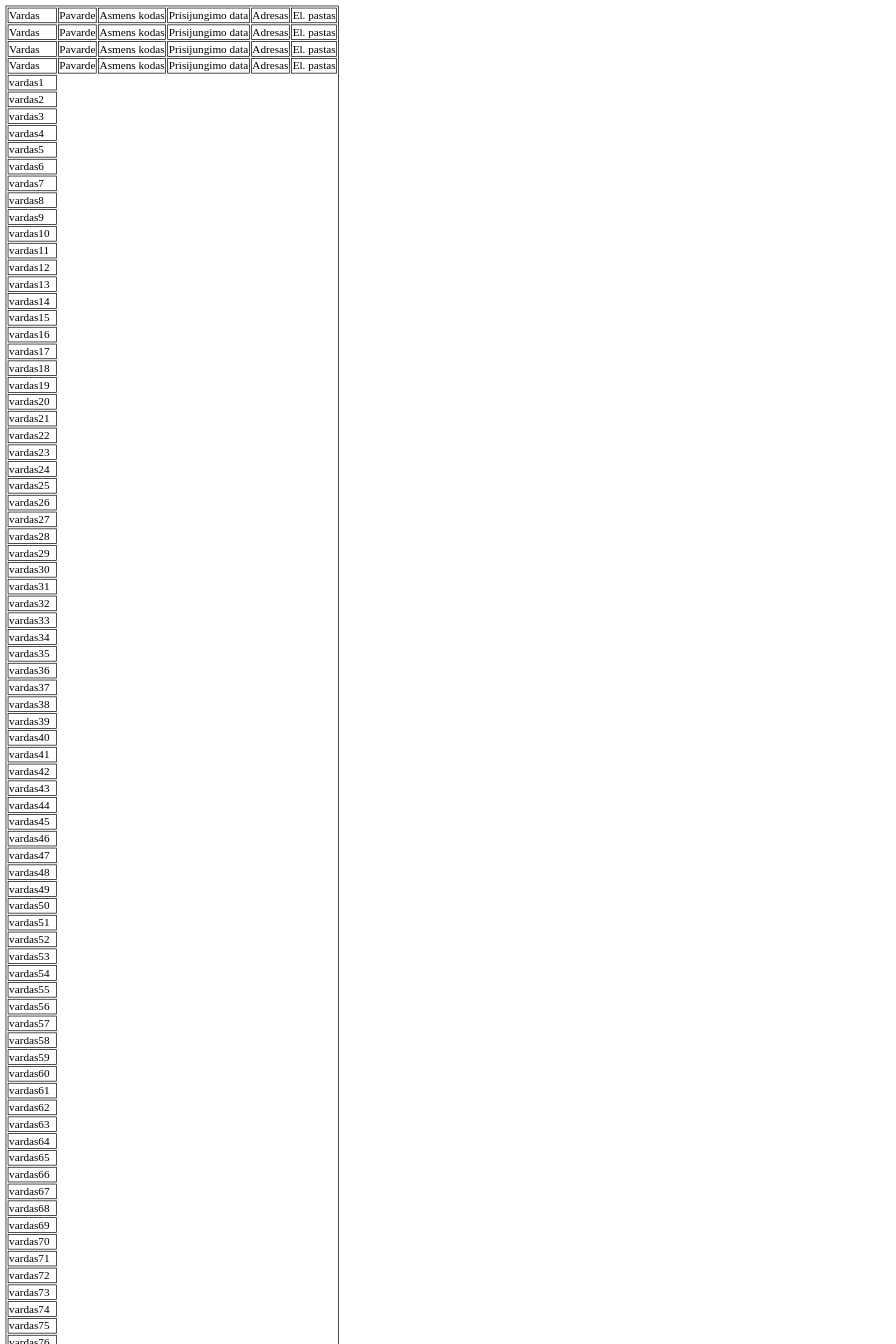
Repository: motiejus1/29-paskaita-05.31
Page: index.html
An editor plug-in stored every save of this project. The page is shown before and after the next save, followed by the edit.
The browser window is 1280 px wide. The pictures show the part of the page from y = 0 to 1920 px (the page is 4916 px tall), at 70% of full size.

Above is the page before, as saved 2021-07-21 18:40:52.

After the next save:
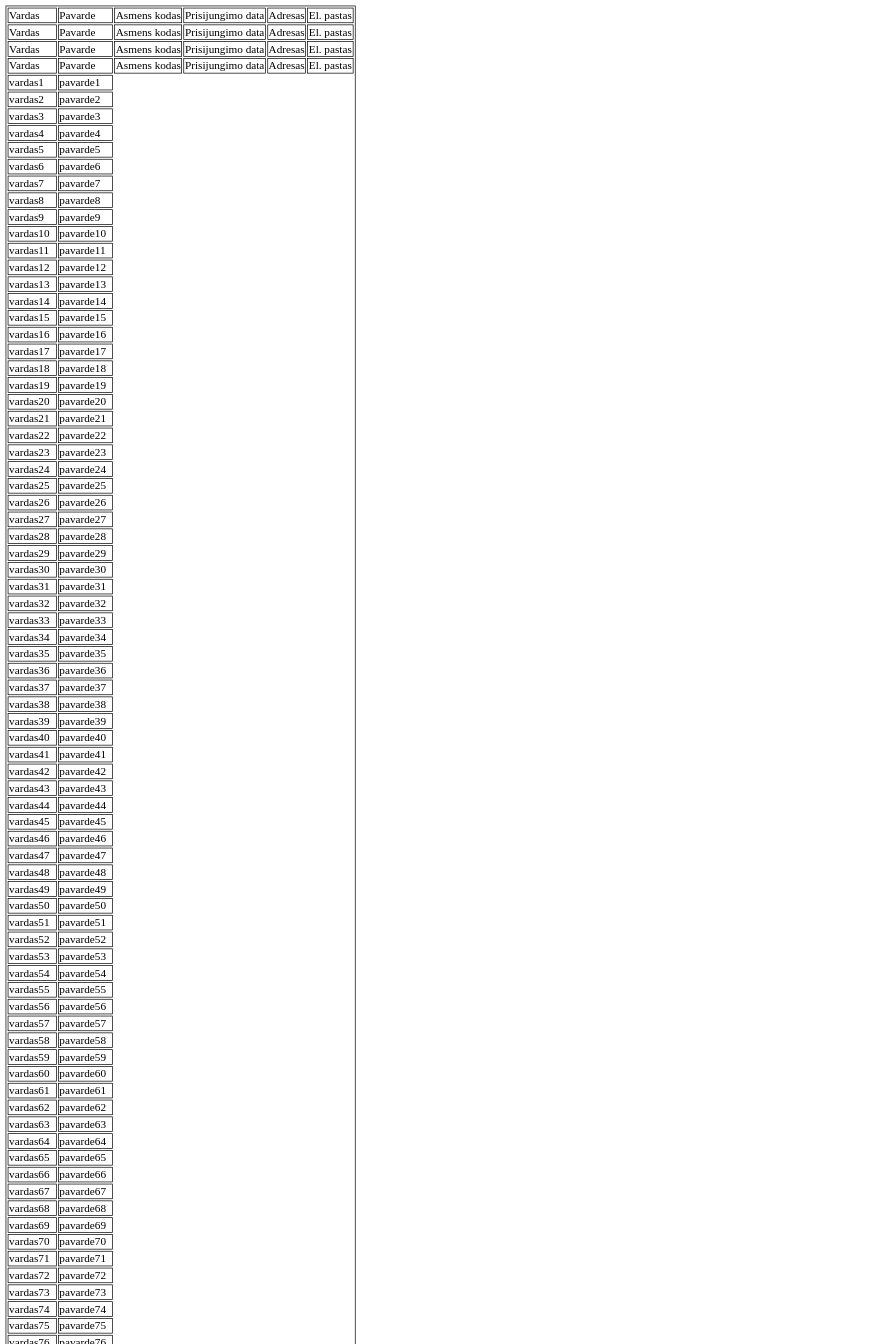
Saved 8 s later.
--- a/index.html
+++ b/index.html
@@ -111,7 +111,7 @@
         //Pavarde atvaizdavimas
         var pavarde = document.createElement("td");
         pavarde.innerText = klientuMasyvas[i].pavarde;
-        eilute.append(vardas);
+        eilute.append(pavarde);
 
         isvedimoElementas.append(eilute);
     }
